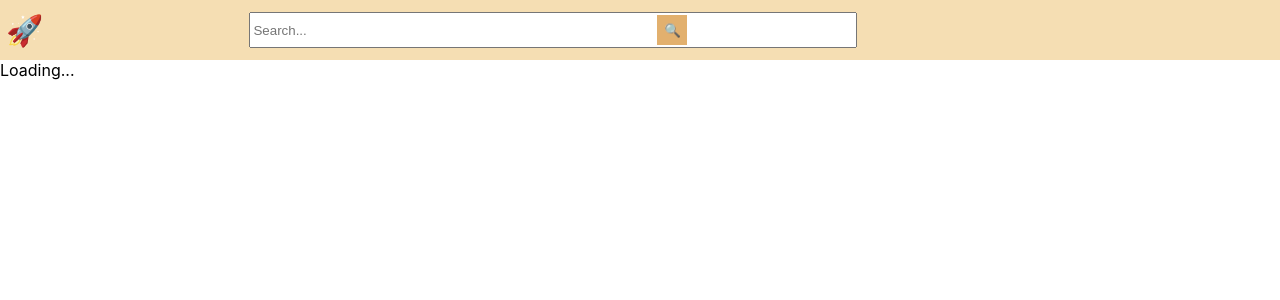
Repository: YEOMJINSEOP/React
Page: / (app in reactube/)
The author's editor kept a copy of each file at every save. The page is drawn from the files as they stood at one save, then again after the next save.
The browser window is 1280 px wide. The pictures show the whole page.
The page's requests for data from a server got no answer. The project was rebuilt for these pictures with package versions that can differ from the ones it lists, and the page was loaded fresh each time. No one was signed in, and anything a server would have sent is missing. Also part of the build but not shown: reactube/src/app.css, reactube/src/components/videoList/VideoList.module.css, reactube/src/components/videoList/VideoList.jsx.

Above is the page before, as saved 2023-01-17 11:36:17.

### reactube/public/index.html
<!DOCTYPE html>
<html lang="en">
  <head>
    <meta charset="utf-8" />
    <link rel="icon" href="%PUBLIC_URL%/favicon.ico" />
    <meta name="viewport" content="width=device-width, initial-scale=1" />
    <meta name="theme-color" content="#000000" />
    <meta
      name="description"
      content="Web site created using create-react-app"
    />

    <title>Reactube 💠</title>
  </head>
  <body>
    <noscript>You need to enable JavaScript to run this app.</noscript>
    <div id="root"></div>
  </body>
</html>

### reactube/src/App.jsx
import React from 'react';
import './app.css';
import{QueryClient, QueryClientProvider} from '@tanstack/react-query'
import VideoList from './components/videoList/VideoList';
import Header from './components/header/Header';

const queryClient = new QueryClient();
function App() {
  return (
    <QueryClientProvider client={queryClient}>
      <Header/>
      <VideoList/>
    </QueryClientProvider>
  )
}

export default App;

### reactube/src/components/header/Header.jsx
import React from 'react';
import styles from './Header.module.css';

function Header(props) {
  return (
    <div className={styles.header}>
      <button className={styles.logo} type='button'>🚀</button>
      <div className={styles.search}>
        <input className={styles.searchBox} type="text" placeholder='Search...' />
        <button type='submit' className={styles.searchBtn}>🔍</button>
      </div>
    </div>
  );
}

export default Header;

### reactube/src/components/header/Header.module.css
button {
  background-color: transparent;
  outline: none;
  border: none;
}
.header{
  background-color: wheat;
  height: 60px;
  display: flex;
  align-items: center;
}

.logo{
  font-size: 30px;
  left: 30px;
}
.searchBox{
  width: 600px;
  height: 30px;
  position: relative;
  left: 200px;
}

.searchBtn{
  position: relative;

  width: 30px;
  height: 30px;
  background-color: rgba(211, 133, 31, 0.647);
}

Loaded but not shown: reactube/src/index.js (common file); reactube/src/index.css (common file)

After the next save:
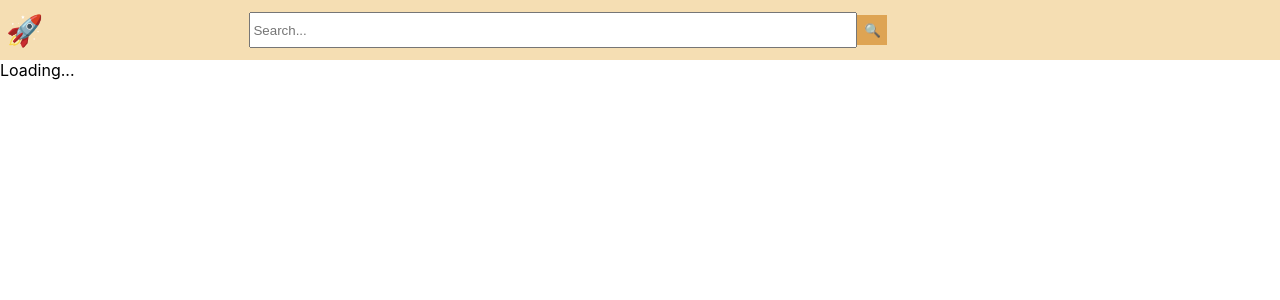
Saved 4 s later.
--- a/reactube/src/components/header/Header.module.css
+++ b/reactube/src/components/header/Header.module.css
@@ -23,7 +23,7 @@ button {
 
 .searchBtn{
   position: relative;
-
+  left: 200px;
   width: 30px;
   height: 30px;
   background-color: rgba(211, 133, 31, 0.647);
